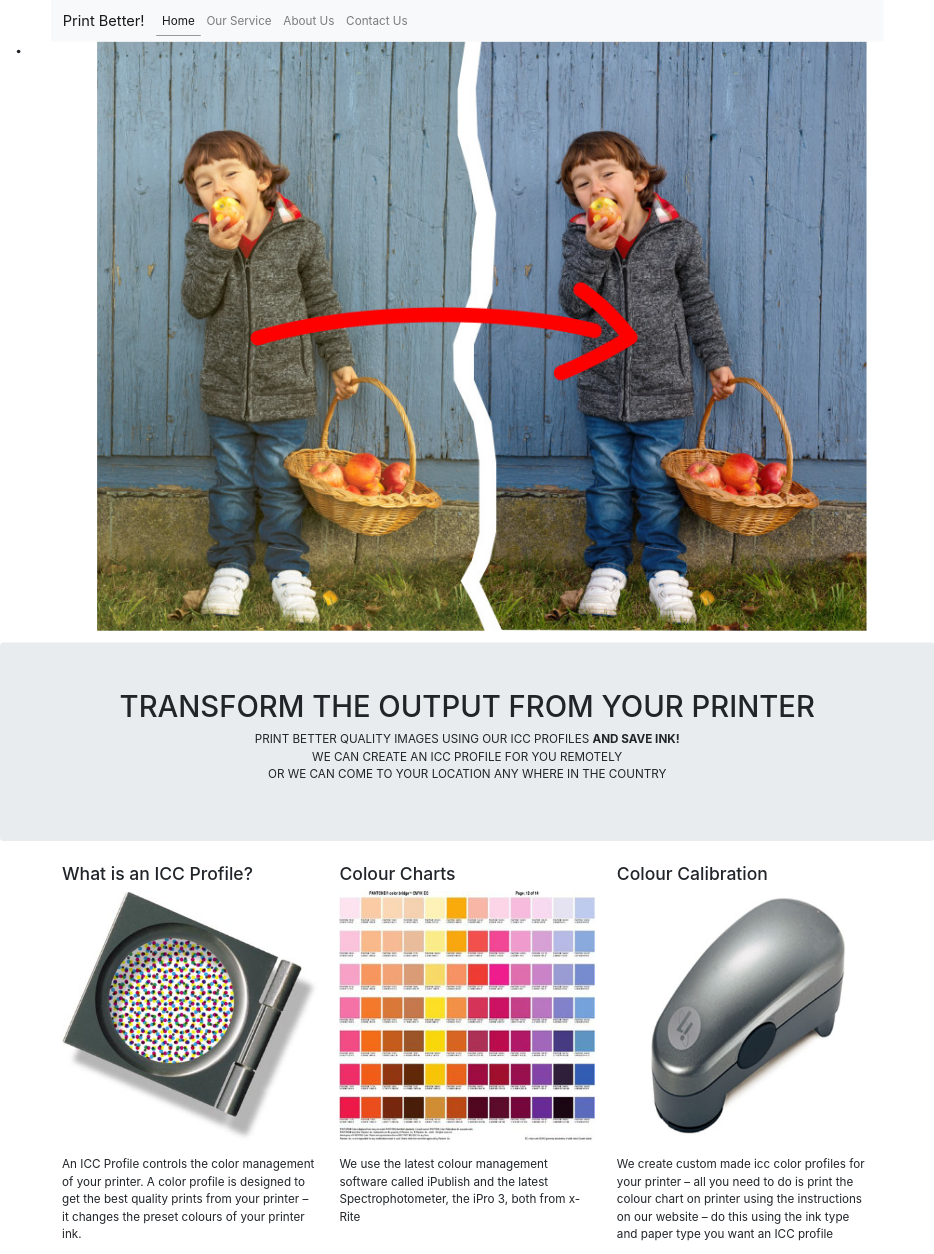
Repository: marks530/first_milestone
Page: navbar2.html
These files come from the project's save history. The page is drawn as it stood at one moment and after the next save; the edit follows.
The browser window is 1280 px wide. The pictures show the whole page, at 73% of full size.
Some web libraries are served in a nearby version.

Above is the page before, as saved 2021-03-16 19:35:25.

### navbar2.html
<!DOCTYPE html>
<html lang="en">

<head>
    <meta charset="UTF-8">
    <meta http-equiv="X-UA-Compatible" content="IE=edge">
    <meta name="viewport" content="width=device-width, initial-scale=1.0">
    <link href="css/style.css" rel="stylesheet" type="text/css" />
    <link rel="stylesheet" href="https://maxcdn.bootstrapcdn.com/bootstrap/4.2.1/css/bootstrap.min.css" type="text/css" />
    <link rel="stylesheet" href="https://maxcdn.bootstrapcdn.com/font-awesome/4.7.0/css/font-awesome.min.css" type="text/css" />
    <link rel="stylesheet" href="https://cdnjs.cloudflare.com/ajax/libs/hover.css/2.1.1/css/hover-min.css" type="text/css" />
    <title>Navbar Test</title>

</head>

<body>
    <section>

        <nav class="navbar navbar-expand-lg navbar-light bg-light container">
            <a class="navbar-brand" href="#">Print Better!</a>
            <button class="navbar-toggler" type="button" data-toggle="collapse" data-target="#navbarSupportedContent" aria-controls="navbarSupportedContent" aria-expanded="false" aria-label="Toggle navigation">
            <span class="navbar-toggler-icon"></span>
            </button>

            <div class="collapse navbar-collapse" id="navbarSupportedContent">
                <ul class="navbar-nav mr-auto">
                    <li class="nav-item active">
                        <a class="nav-link" href="#">Home <span class="sr-only">(current)</span></a>
                    </li>
                    <li class="nav-item">
                        <a class="nav-link" href="#">Our Service</a>
                    </li>
                    <li class="nav-item">
                        <a class="nav-link" href="#">About Us</a>
                    </li>
                    <li class="nav-item">
                        <a class="nav-link" href="#">Contact Us</a>
                    </li>
                </ul>

            </div>
        </nav>

    </section>
    <div>
        <ul>
            <li>
                <img src="images/before-after-profile.jpg" class="center">
            </li>

        </ul>
    </div>
    <section>
        <div class="jumbotron text-center">
            <h1 class="uppercase">Transform the output from your Printer</h1>
            <p class="uppercase">Print better quality images using our ICC profiles <strong>and save ink!</strong><br>We can create an ICC profile for you remotely <br>or we can come to your location any where in the country
            </p>
        </div>
    </section>
    <div class="container">
        <div class="row">
            <div class="col-sm-4">
                <h4>What is an ICC Profile?</h4>
                <img src="images/Loupe.png" class="old-new" id="reduce">
                <p class="shift">An ICC Profile controls the color management of your printer. A color profile is designed to get the best quality prints from your printer – it changes the preset colours of your printer ink.</p>

            </div>
            <div class="col-sm-4">
                <h4>Colour Charts</h4>
                <img src="images/color-chart.jpg" class="old-new" id="reduce">
                <p class="shift">We use the latest colour management software called iPublish and the latest Spectrophotometer, the iPro 3, both from x-Rite </p>

            </div>
            <div class="col-sm-4">
                <h4>Colour Calibration</h4>
                <img src="images/xRite.jpg" class="old-new" id="reduce">
                <p class="shift">We create custom made icc color profiles for your printer – all you need to do is print the colour chart on printer using the instructions on our website – do this using the ink type and paper type you want an ICC profile</p>
            </div>
        </div>
    </div>

    </section>
    <script src="https://cdnjs.cloudflare.com/ajax/libs/popper.js/1.12.9/umd/popper.min.js" integrity="sha384-ApNbgh9B+Y1QKtv3Rn7W3mgPxhU9K/ScQsAP7hUibX39j7fakFPskvXusvfa0b4Q" crossorigin="anonymous"></script>
    <script src="https://code.jquery.com/jquery-3.2.1.slim.min.js" integrity="sha384-KJ3o2DKtIkvYIK3UENzmM7KCkRr/rE9/Qpg6aAZGJwFDMVNA/GpGFF93hXpG5KkN" crossorigin="anonymous"></script>
    <script src="https://maxcdn.bootstrapcdn.com/bootstrap/4.0.0/js/bootstrap.min.js" integrity="sha384-JZR6Spejh4U02d8jOt6vLEHfe/JQGiRRSQQxSfFWpi1MquVdAyjUar5+76PVCmYl" crossorigin="anonymous"></script>
</body>

</html>

### css/style.css
@import url('https://fonts.googleapis.com/css?family=Roboto:100,200,300,400,500,600,700|Exo:100,200,300,400,500,600,700');
body {
    font-family: Roboto;
    color: #777777
}

h2 {
    font-family: Exo;
    text-transform: uppercase;
    letter-spacing: 14px;
    color: #555555
}

#logo {
    float: left;
    font-size: 280%;
    margin-left: 120px;
}

#menu {
    font-size: 140%;
    list-style-type: none;
    letter-spacing: 1px;
    margin-right: 120px;
}

#menu {
    line-height: 75px;
}

#menu li {
    float: right;
    margin-right: 20px;
}

#menu a {
    text-decoration: none;
    color: inherit;
}

#menu a:hover {
    border-bottom: 1px solid #777777;
}

.active {
    border-bottom: 1px solid #777777;
}

.center {
    display: block;
    margin-left: auto;
    margin-right: auto;
    width: 85%;
}

.old-new {
    max-width: 100%;
    height: auto;
    object-fit: contain;
}

#move-image-down {
    margin-top: 30px;
}

.jumbotron {
    padding-left: 20px;
    padding-right: 20px;
}


/*---------------Special paddings/margins/text */

h1,
h2,
h3,
h4 {
    margin: 0;
}

.uppercase {
    text-transform: uppercase;
}

.general-sub {
    font-family: "Exo", sans serif;
    font-weight: 300;
    color: #fafafa;
}

.shift {
    margin-top: 20px;
}


/*----------------------------------Footer */

footer {
    background-color: #525252;
    color: #fafafa;
    min-height: 120px;
    margin: 0;
}

.inline-block {
    display: inline-block;
}

.social-links {
    padding-bottom: 15px;
}

.social-links li a i {
    width: 32px;
    height: 32px;
    padding: 12px 0;
    border-radius: 50%;
    font-size: 13px;
    line-height: 7px;
    text-align: center;
    color: #fafafa;
    background: #8f8f8f;
    transition: all 0.35s ease-in-out;
    -moz-transition: all 0.35s ease-in-out;
    -webkit-transition: all 0.35s ease-in-out;
    -o-transition: all 0.35s ease-in-out;
}

.social-links li a i:hover {
    background: #e84610;
}

#footer-details {
    padding: 20px;
}

After the next save:
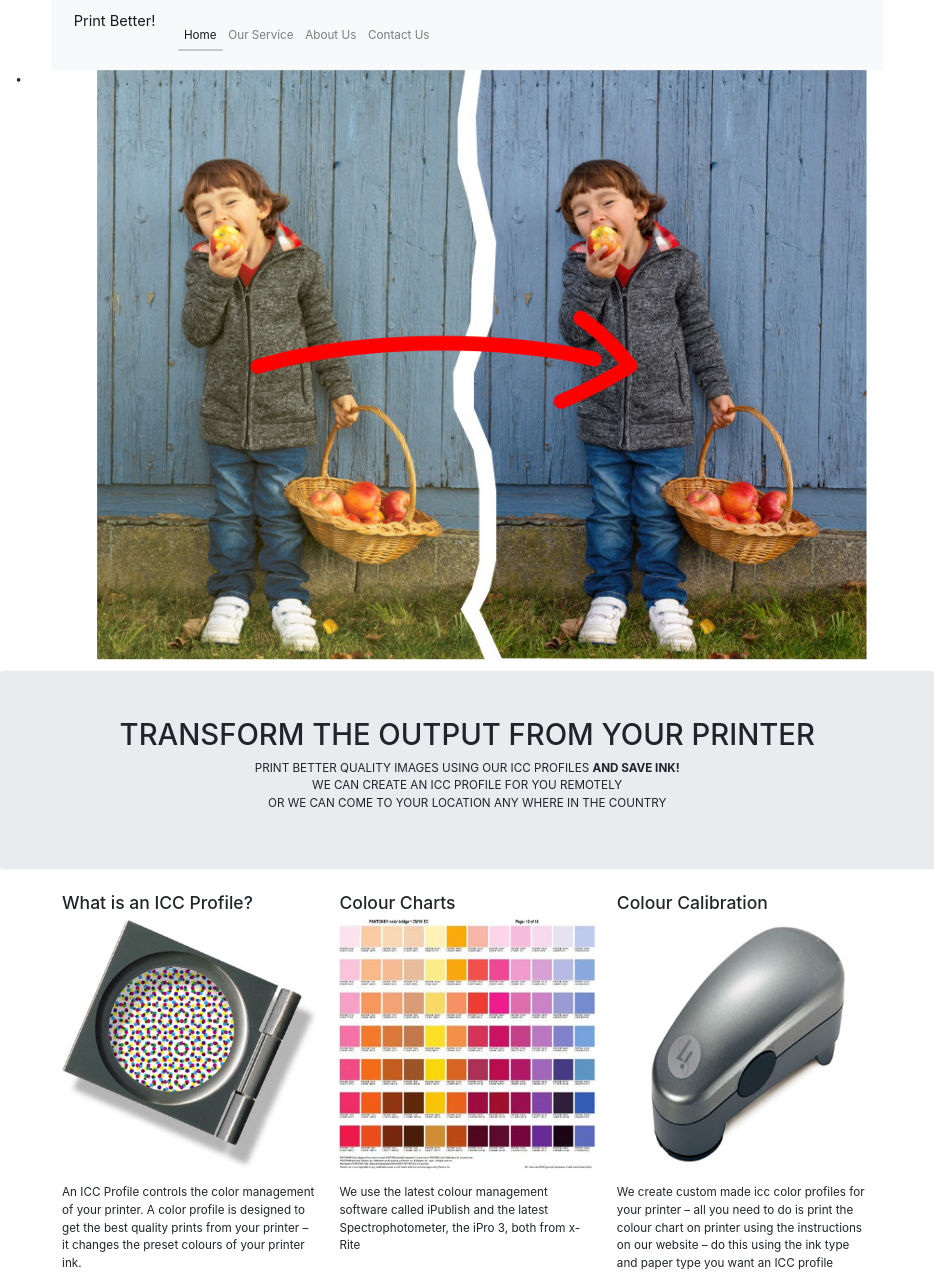
Saved 6 min 19 s later.
--- a/css/style.css
+++ b/css/style.css
@@ -15,6 +15,12 @@
     float: left;
     font-size: 280%;
     margin-left: 120px;
+}
+
+.navbar-brand {
+    padding: 0 15px;
+    height: 80px;
+    line-height: 80px;
 }
 
 #menu {
